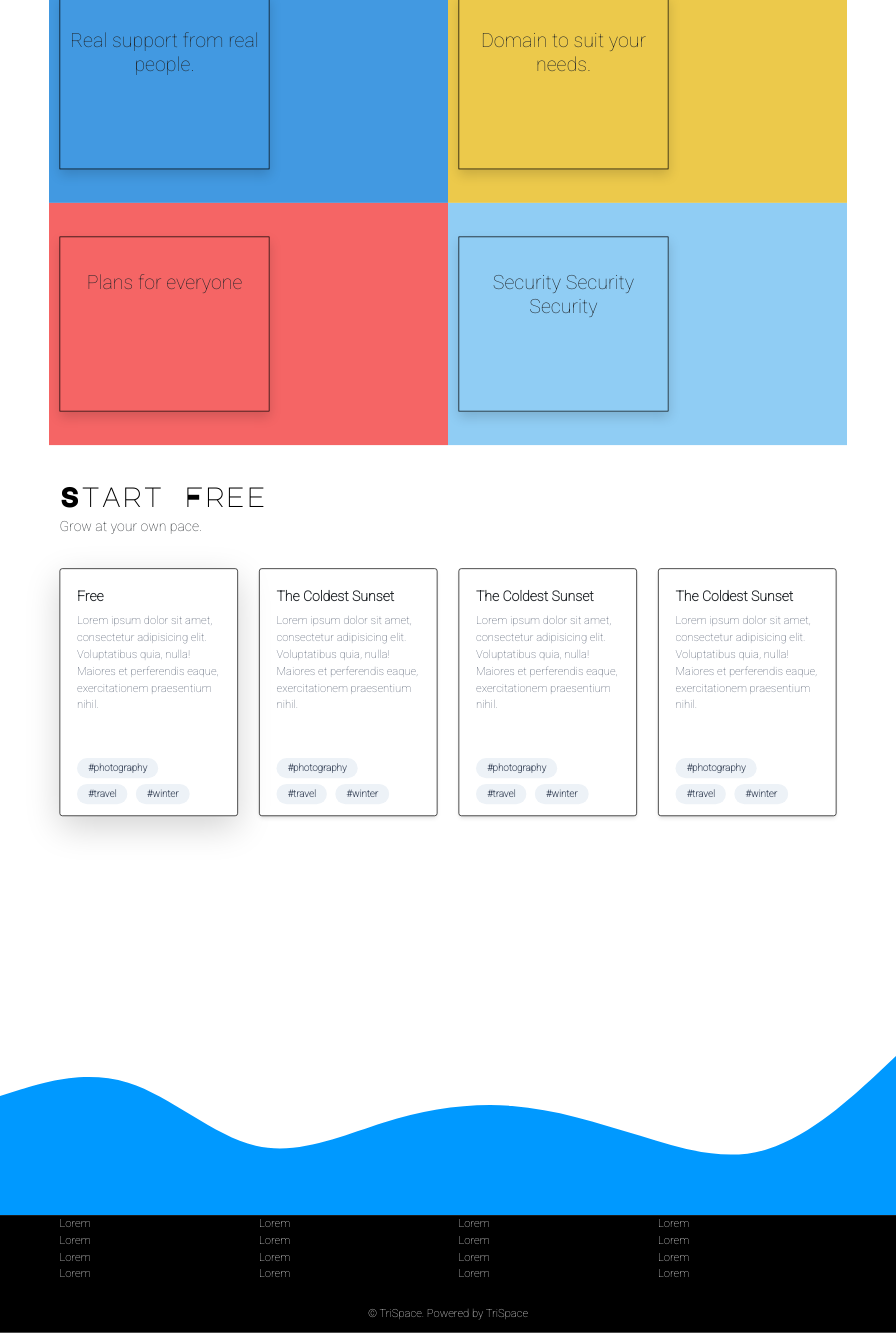
Repository: latenightsnacc/TriSpace
Page: home.html
An editor plug-in stored every save of this project. The page is shown before and after the next save, followed by the edit.
The browser window is 1280 px wide. The pictures show the part of the page from y = 3437 to 5357 px (the page is 5357 px tall), at 70% of full size.
The style sheet was rebuilt from its Sass, Less or Tailwind sources for each picture, by a compiler version that may differ from the author's.

Above is the page before, as saved 2020-11-20 10:22:18.

After the next save:
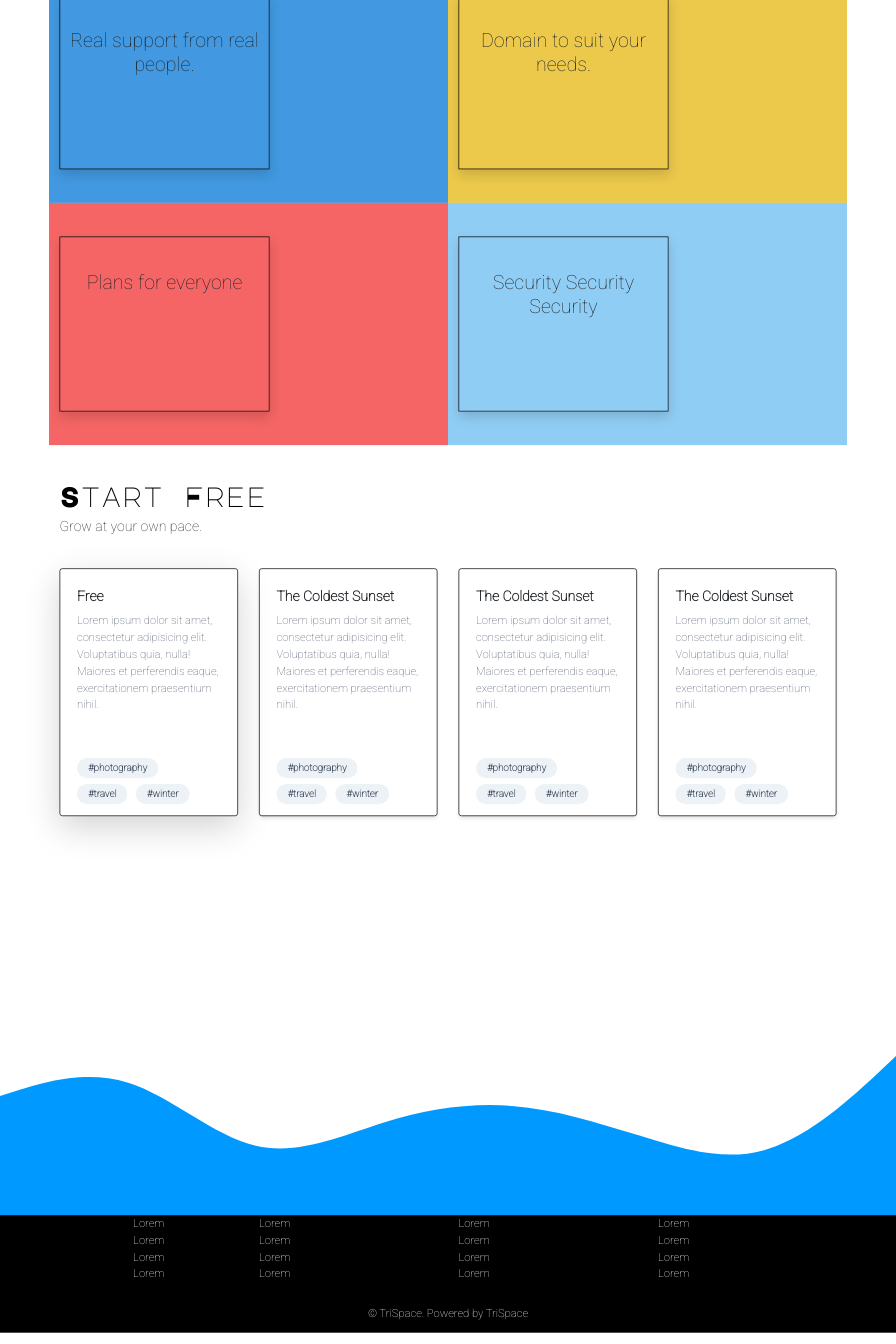
Saved 14 s later.
--- a/home.html
+++ b/home.html
@@ -289,7 +289,7 @@
             <div class="container">
                 <div class="row ">
                     <div class="col-xs-6 col-sm-6 col-md-3 col-lg-3 col-xl-3">
-                        <ul class="footer-menu mx-0">
+                        <ul class="footer-menu text-center">
                             <li>
                                 <a href="#" class="text-white footer-link">Lorem</a>
                             </li>
